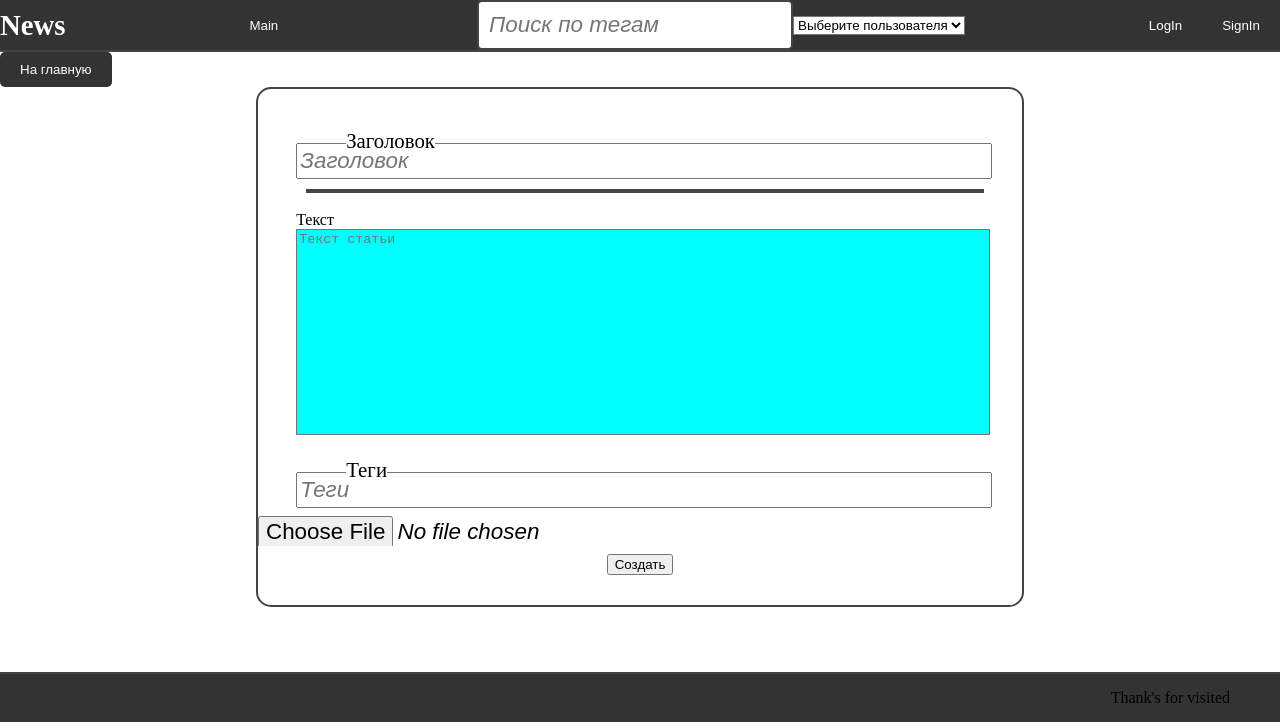
Repository: Igor-Blazhko/news_frontend
Page: /CreatePost
An editor plug-in stored every save of this project. The page is shown before and after the next save, followed by the edit.
The browser window is 1280 px wide. The pictures show the whole page.
The project was rebuilt for these pictures with package versions that can differ from the ones it lists, and the page was loaded fresh each time. Also part of the build but not shown: vite.config.ts, src/components/allPost/onePost/onePost.module.css, src/components/allPost/onePost/onePost.tsx, src/components/allPost/allPost.tsx, src/components/auth/logIn/login.module.css, src/components/auth/logIn/login.tsx, src/components/auth/register/register.tsx, src/components/pageOnePost/comments/comment.tsx and 2 more.

Above is the page before, as saved 2024-07-15 16:32:41.

After the next save:
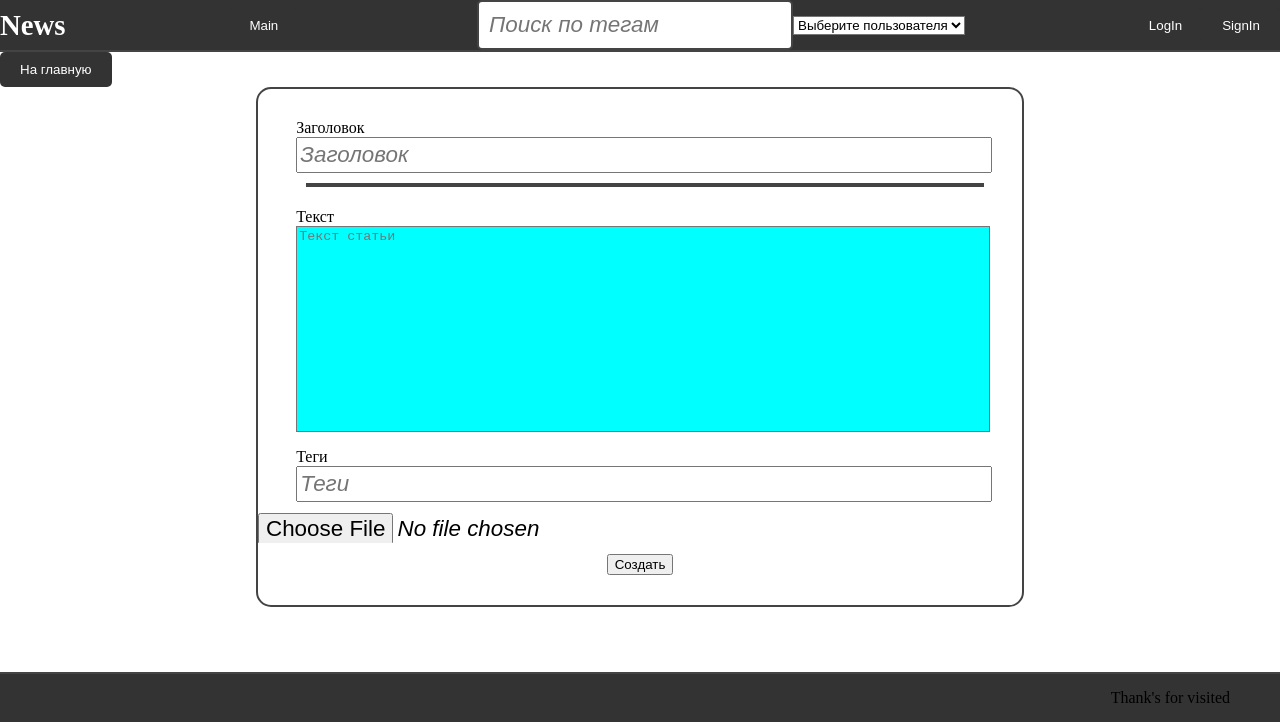
Saved 12 s later.
--- a/src/components/createPost/createPost.module.css
+++ b/src/components/createPost/createPost.module.css
@@ -16,7 +16,7 @@ form>div{
     width: 90%;
 }
 
-label{
+label .label{
     position: relative;
     top: 10px;
     left: 50px;
